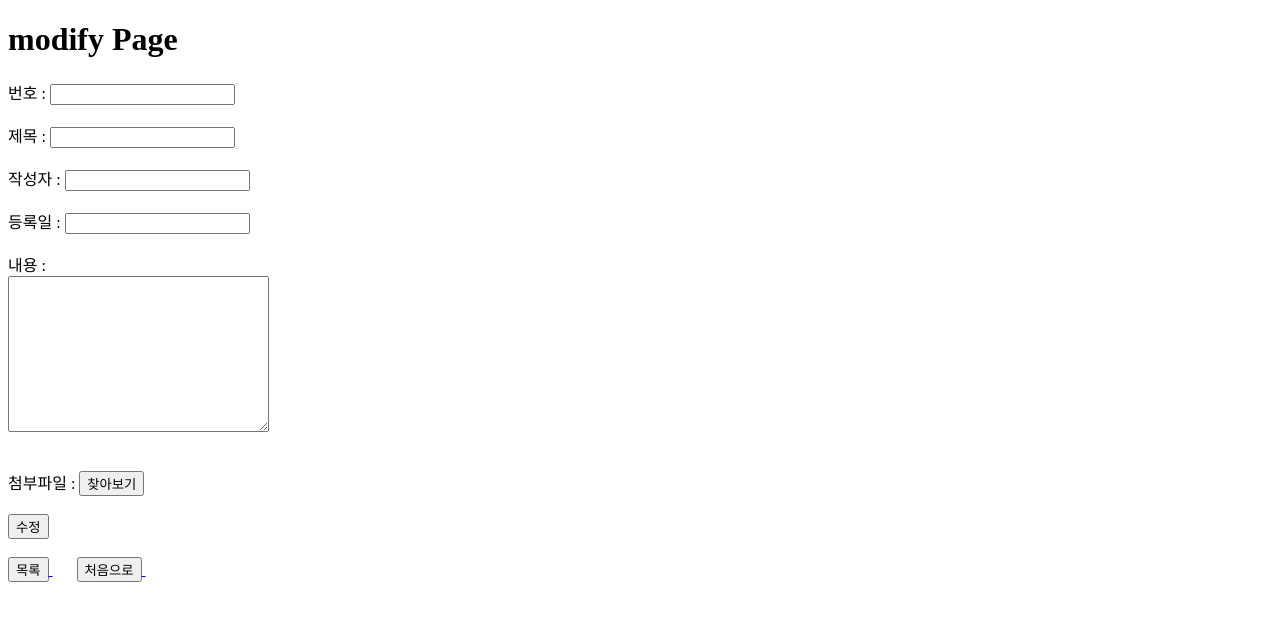
Repository: bbqju13/simai
Page: http://localhost/zip/WEB-INF/views/board/modify.jsp
An editor plug-in stored every save of this project. The page is shown before and after the next save, followed by the edit.
The browser window is 1280 px wide. The pictures show the whole page.
The page is served by Tomcat 9. Nobody is signed in. The template is opened directly, without the code that normally fills it, so the values that code supplies are empty.

Above is the page before, as saved 2023-06-19 01:41:58.

After the next save:
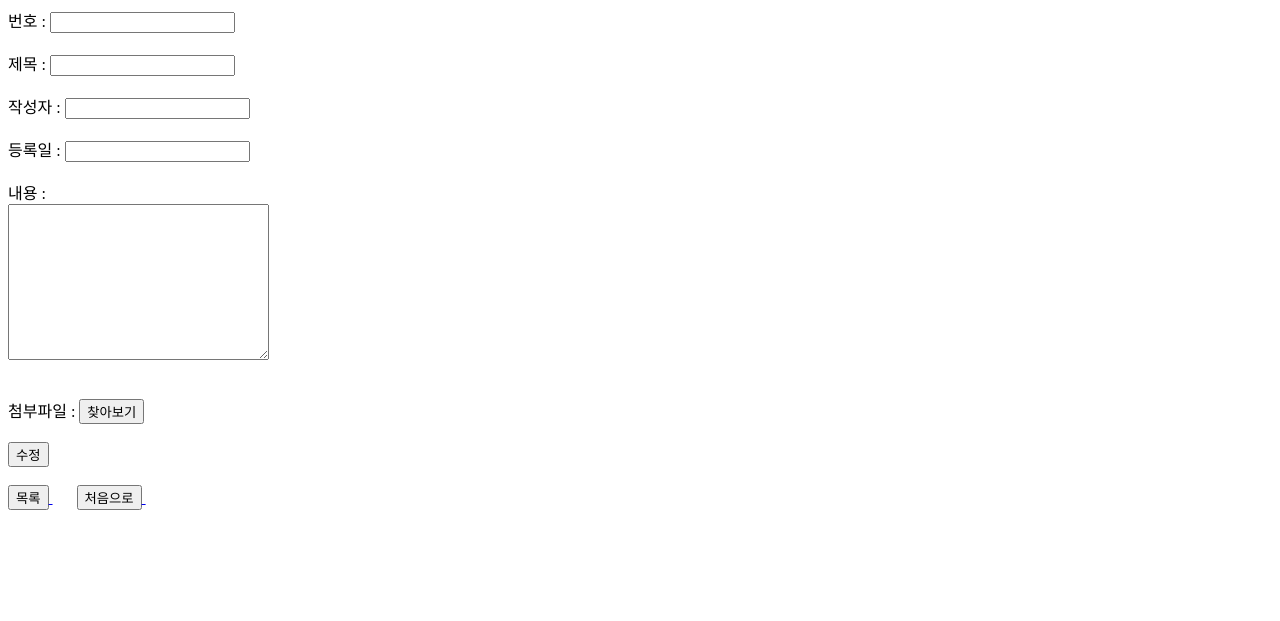
Saved 4 s later.
--- a/zip/src/main/webapp/WEB-INF/views/board/modify.jsp
+++ b/zip/src/main/webapp/WEB-INF/views/board/modify.jsp
@@ -9,7 +9,6 @@
 <title>MODIFY</title>
 </head>
 <body>
-	<h1>modify Page</h1>
 	<form action="/board/modify" method="post"
 		enctype="multipart/form-data">
 		번호 : <input type="text" name="bno" value="${boardDTO.bvo.bno }"
